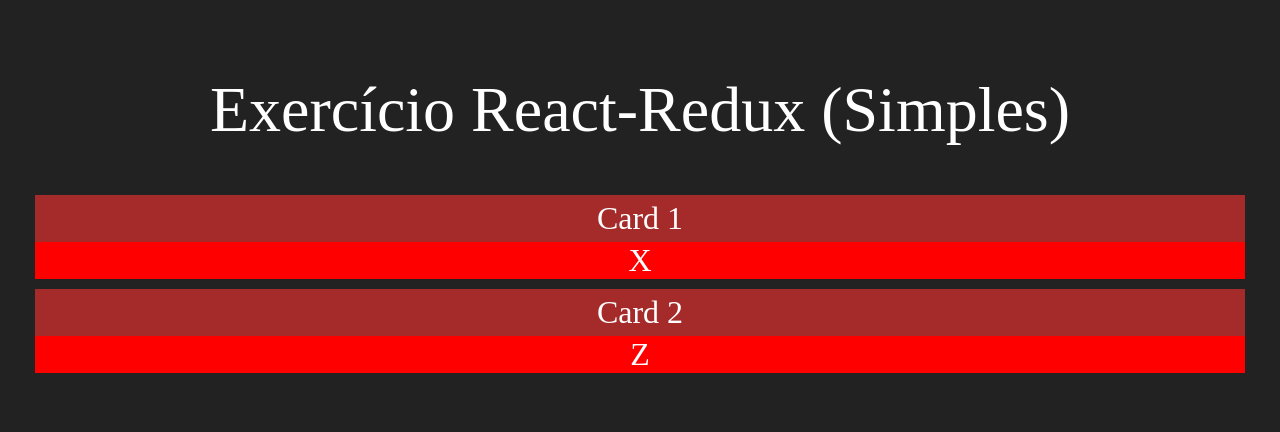
Repository: eversonps/redux-simples
Page: /
An editor plug-in stored every save of this project. The page is shown before and after the next save, followed by the edit.
The browser window is 1280 px wide. The pictures show the whole page.
The project was rebuilt for these pictures with package versions that can differ from the ones it lists, and the page was loaded fresh each time.

Above is the page before, as saved 2022-03-10 17:45:05.

After the next save:
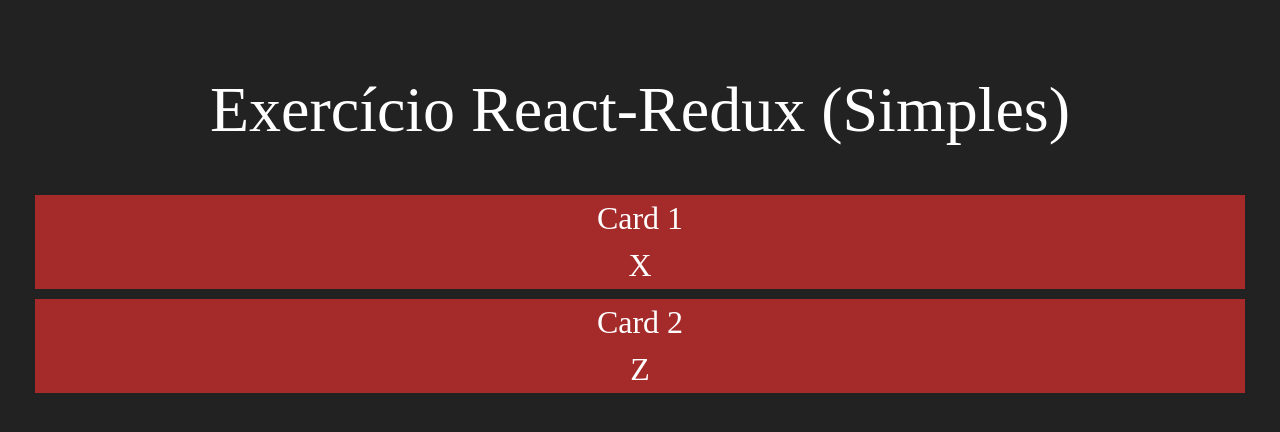
Saved 16 s later.
--- a/src/components/Card.css
+++ b/src/components/Card.css
@@ -16,3 +16,9 @@
     padding: 5px;
     background-color: brown;
 }
+
+.Card .Content{
+    flex: 1;
+    padding: 5px;
+    background-color: brown;
+}

After the save that followed:
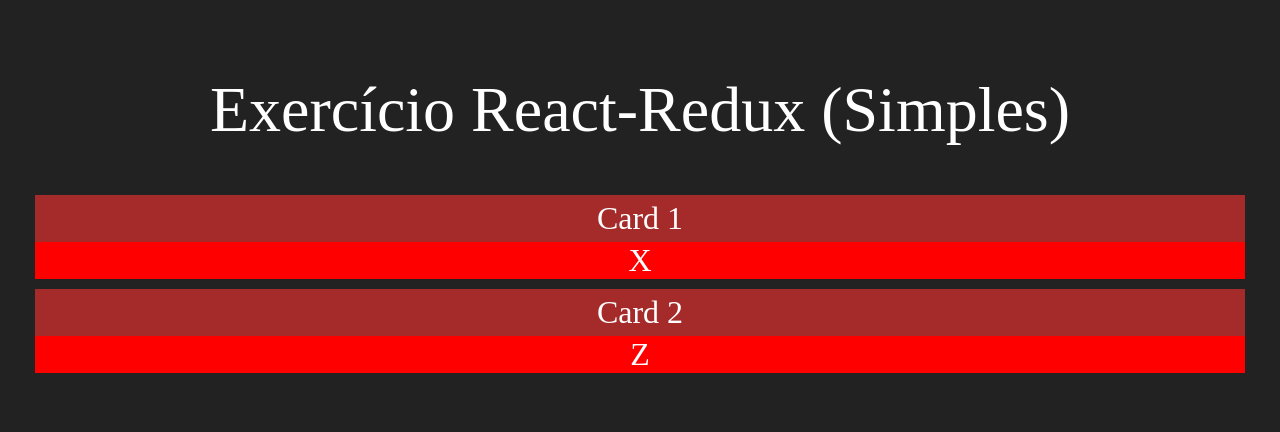
Saved 6 s later.
--- a/src/components/Card.css
+++ b/src/components/Card.css
@@ -18,7 +18,5 @@
 }
 
 .Card .Content{
-    flex: 1;
-    padding: 5px;
-    background-color: brown;
+
 }
